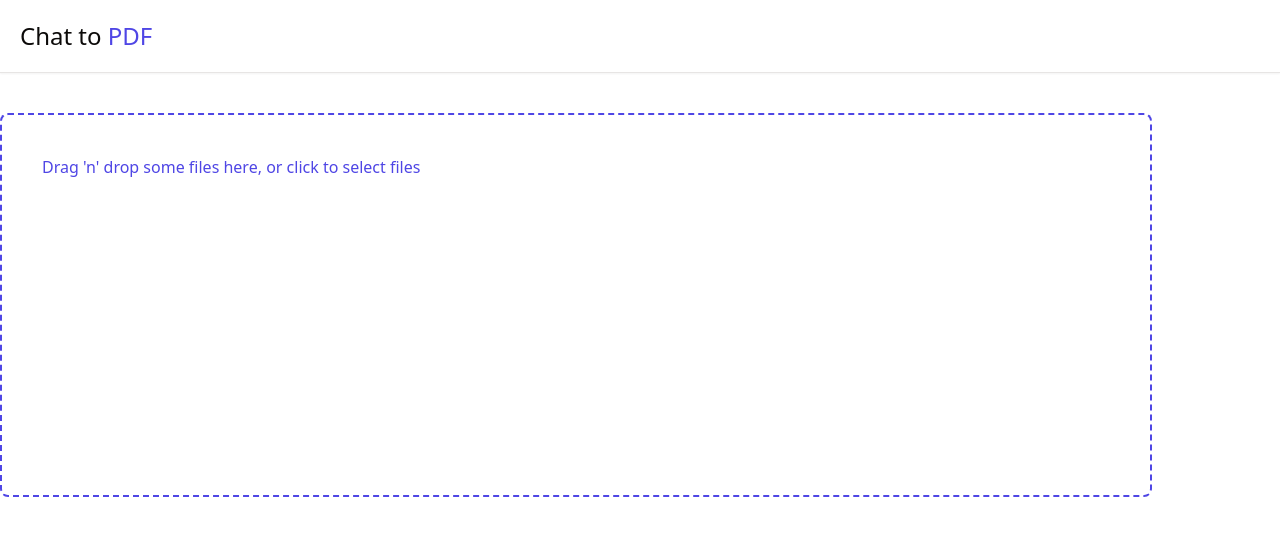
Repository: ankur28/chat-with-pdf
Page: /dashboard/upload
These files come from the project's save history. The page is drawn as it stood at one moment and after a run of saves; the edit follows.
The browser window is 1280 px wide. The pictures show the whole page.
The page's requests for data from a server got no answer. The project was rebuilt for these pictures with package versions that can differ from the ones it lists, and the page was loaded fresh each time. Some packages were replaced by stand-ins written for this rebuild. The framework's server and built-in components were replaced by stand-ins that run in the browser. No one was signed in, and anything a server would have sent is missing. Also part of the build but not shown: next.config.js, next.config.mjs, lib/utils.ts, components/ui/button.tsx.

Above is the page before, as saved 2024-07-24 19:32:43.

### app/layout.tsx
import type { Metadata } from "next";
import { Inter } from "next/font/google";
import "./globals.css";
import {
  ClerkProvider,
} from '@clerk/nextjs'

const inter = Inter({ subsets: ["latin"] });

export const metadata: Metadata = {
  title: "ChatWithPDF",
  description: "Generated by create next app",
};

export default function RootLayout({
  children,
}: Readonly<{
  children: React.ReactNode;
}>) {
  return (
    <ClerkProvider>
        <html lang="en">
          <body className="min-h-screen h-screen overflow-hidden flex flex-col">{children}</body>
        </html>
    </ClerkProvider>
  );
}

### app/dashboard/layout.tsx
import Header from '@/components/Header'
import { ClerkLoaded } from '@clerk/nextjs'
import React from 'react'

function DashboardLayout({children}: { children: React.ReactNode}) {
  return (
    <ClerkLoaded>
        {/* the main layout has flex col so here flex-1 to use max space for the parent */}
        <div className='flex-1 flex flex-col'>
            <Header />
          <main className='flex-1 overflow-y-auto'>{children}</main>
        </div>
    </ClerkLoaded>
  )
}

export default DashboardLayout

### app/dashboard/upload/page.tsx
'use client'

import { useCallback } from 'react'
import {useDropzone} from 'react-dropzone'

function UploadPage() {
    const onDrop = useCallback((acceptedFiles: File[]) => {
        // Do something with the files
      }, [])
      const {getRootProps, getInputProps, isDragActive, isFocused} = useDropzone({onDrop})

  return (
    <div className=''>
        {/* Loading section */}
    <div {...getRootProps()}
    className="p-10 border-2 border-dashed mt-10 w-[90%] border-indigo-600 text-indigo-600
                rounded-lg h-96 flex">
      <input {...getInputProps()} />
      {
          isDragActive ?
          <p>Drop the files here ...</p> :
          <p>Drag 'n' drop some files here, or click to select files</p>
        }
    </div>
    </div>
  )
}

export default UploadPage

### components/Header.tsx
import { SignedIn, UserButton } from '@clerk/nextjs'
import { FilePlus2 } from 'lucide-react'
import Link from 'next/link'
import React from 'react'
import { Button } from './ui/button'

function Header() {
  return (
    <div className='flex justify-between bg-white shadow-sm p-5 border-b'>
      <Link href="/dashboard" className='text-2xl'>
        Chat to <span className='text-indigo-600'>PDF</span>
      </Link>

      <SignedIn>
      <div className='flex items-center space-x-2'>
        <Button asChild variant="link" className='hidden md:flex'>
            <Link href="/dashboard/upgrade">Pricing</Link>
        </Button>
        <Button asChild variant="outline" >
            <Link href="/dashboard">My Documents</Link>
        </Button>
        <Button asChild variant="outline" className='border-indigo-600' >
            <Link href="/dashboard/upload">
                <FilePlus2 className='text-indigo-600' />
            </Link>
        </Button>
        {/* upgrade button */}

           <UserButton></UserButton>
        </div>
      </SignedIn>
    </div>
  )
}

export default Header

Loaded but not shown: app/globals.css (common file); tailwind.config.ts (common file)

After the next 2 saves:
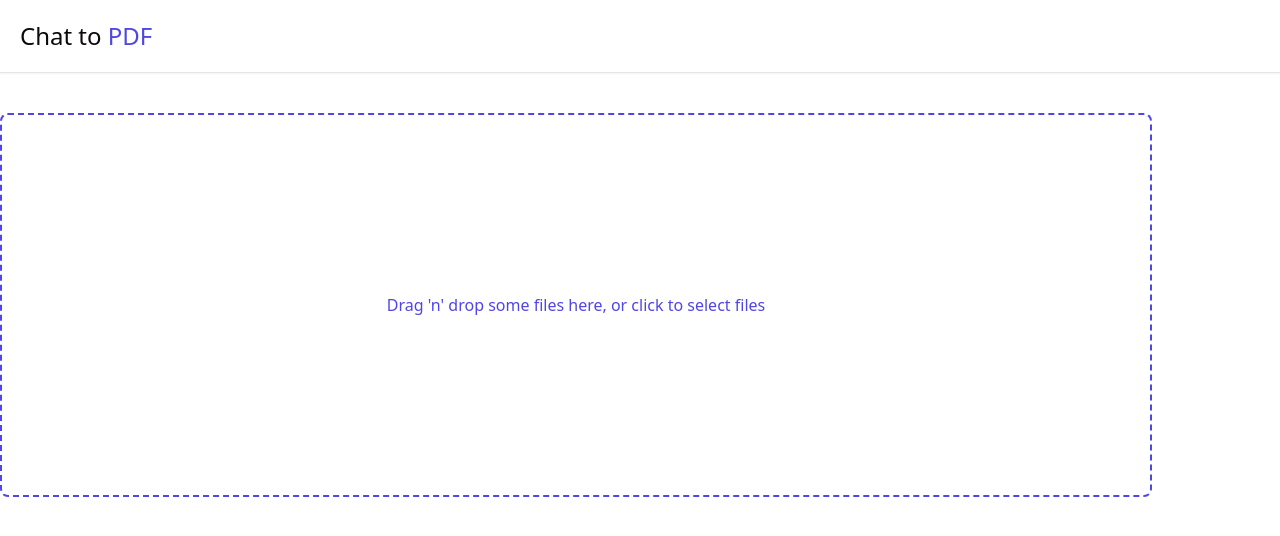
The 2 saves are shown as one change because they came seconds apart.
The last was saved 10 s later.
--- a/app/dashboard/upload/page.tsx
+++ b/app/dashboard/upload/page.tsx
@@ -14,7 +14,7 @@ function UploadPage() {
         {/* Loading section */}
     <div {...getRootProps()}
     className="p-10 border-2 border-dashed mt-10 w-[90%] border-indigo-600 text-indigo-600
-                rounded-lg h-96 flex">
+                rounded-lg h-96 flex items-center justify-center">
       <input {...getInputProps()} />
       {
           isDragActive ?
